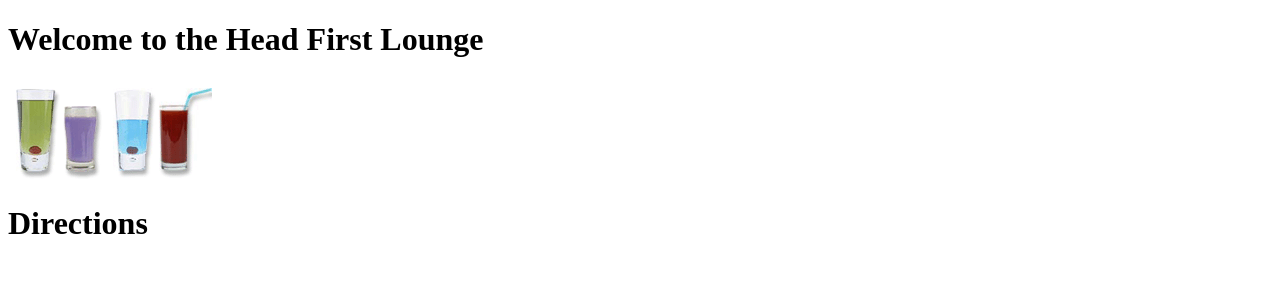
Repository: sonic247897/multicampus-web
Page: clientweb/WebContent/html/lounge.html
An editor plug-in stored every save of this project. The page is shown before and after the next save, followed by the edit.
The browser window is 1280 px wide. The pictures show the whole page.

Above is the page before, as saved 2019-12-31 07:11:49.

After the next save:
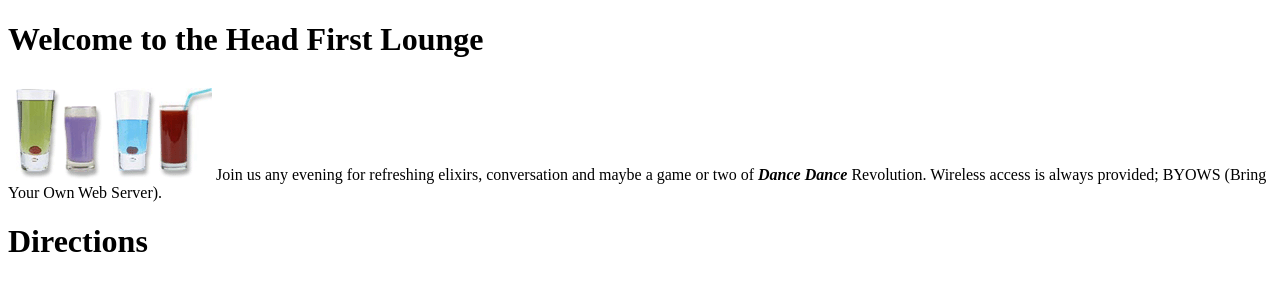
Saved 43 s later.
--- a/clientweb/WebContent/html/lounge.html
+++ b/clientweb/WebContent/html/lounge.html
@@ -7,6 +7,11 @@
 	<body>
 		<h1>Welcome to the Head First Lounge</h1>
 		<img src = "/clientweb/images/drinks.gif"/>
+		Join us any evening for refreshing elixirs,
+conversation and maybe a game or two of
+<b><i>Dance Dance</i></b> Revolution.
+Wireless access is always provided;
+BYOWS (Bring Your Own Web Server).
 
 
 		<h1>Directions</h1>
